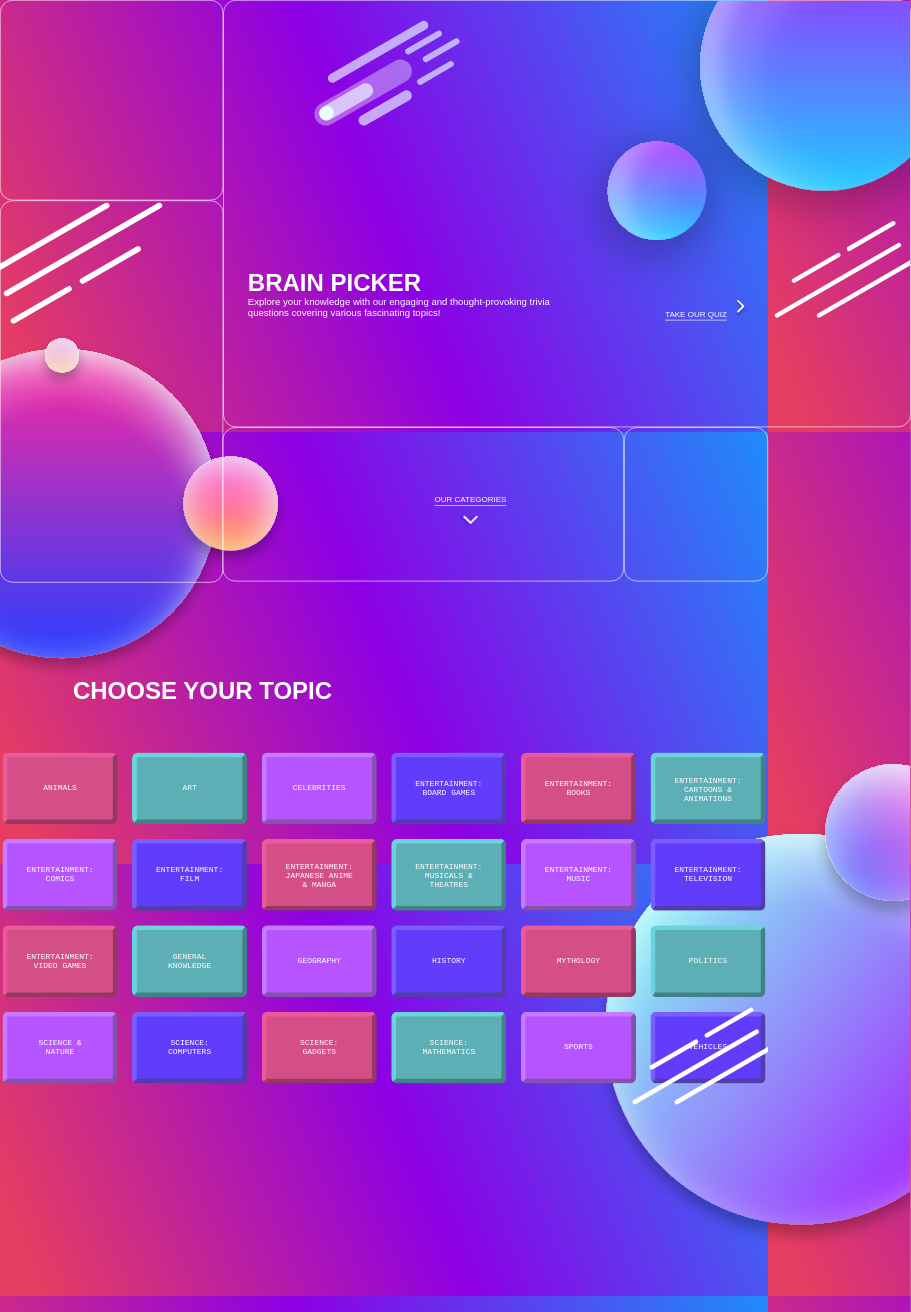
Repository: pjiang604/COMP-2170_Final-Project
Page: index.html
These files come from the project's save history. The page is drawn as it stood at one moment and after the next save; the edit follows.
The browser window is 1280 px wide. The page is 1518 px wide, so the pictures cover 1518 px, including what lies to the right of the window. The pictures show the whole page, at 60% of full size.
Backgrounds fixed to the window are drawn as part of the page.

Above is the page before, as saved 2023-04-30 13:41:51.

After the next save:
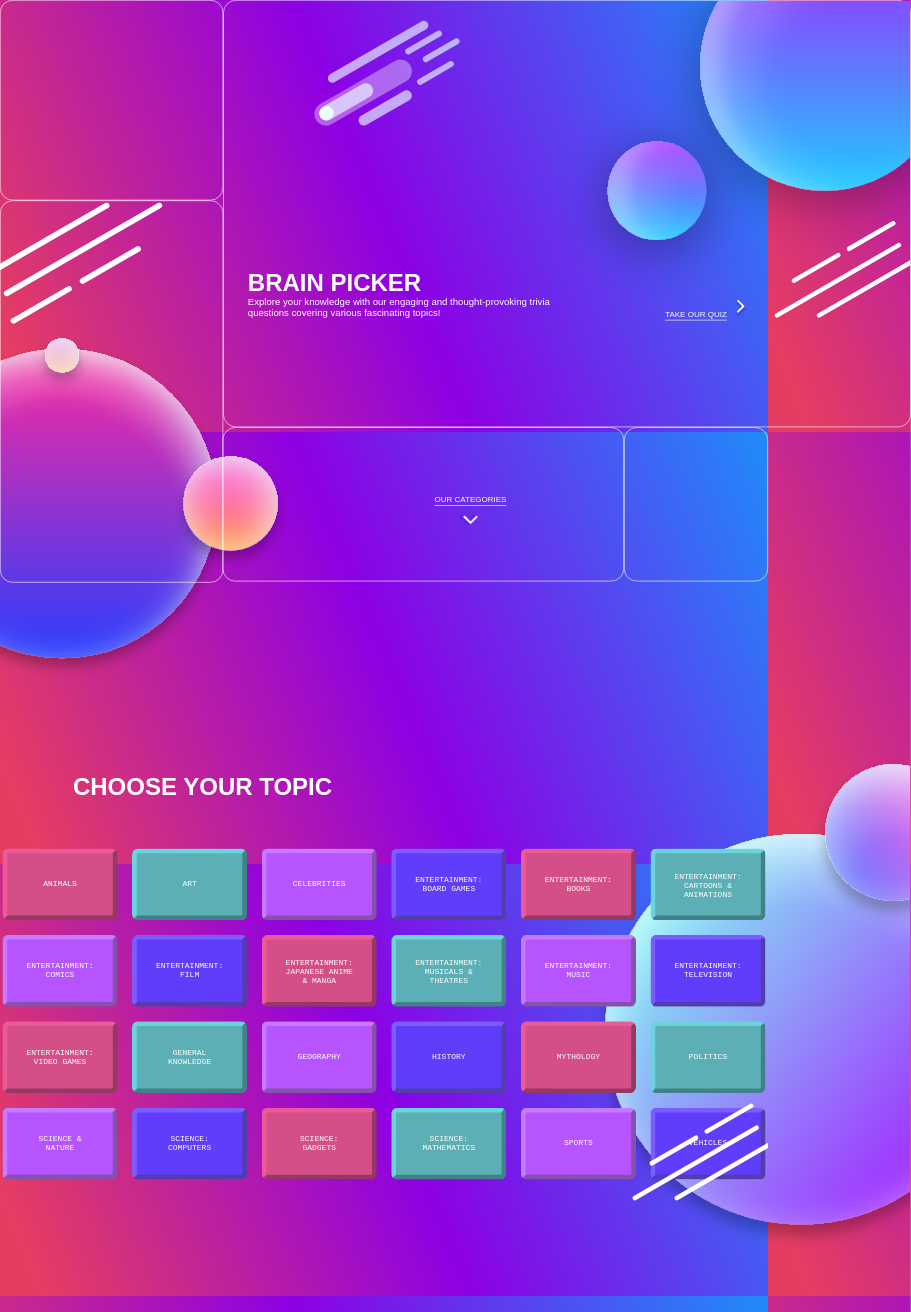
Saved 32 s later.
--- a/style.css
+++ b/style.css
@@ -196,7 +196,7 @@ body {
 	flex-direction: column;
 	align-items: left;
 	justify-content: center;
-	margin-top: 10rem;
+	margin-top: 20rem;
 }
 .topics_header{
 	color: var(--white);
